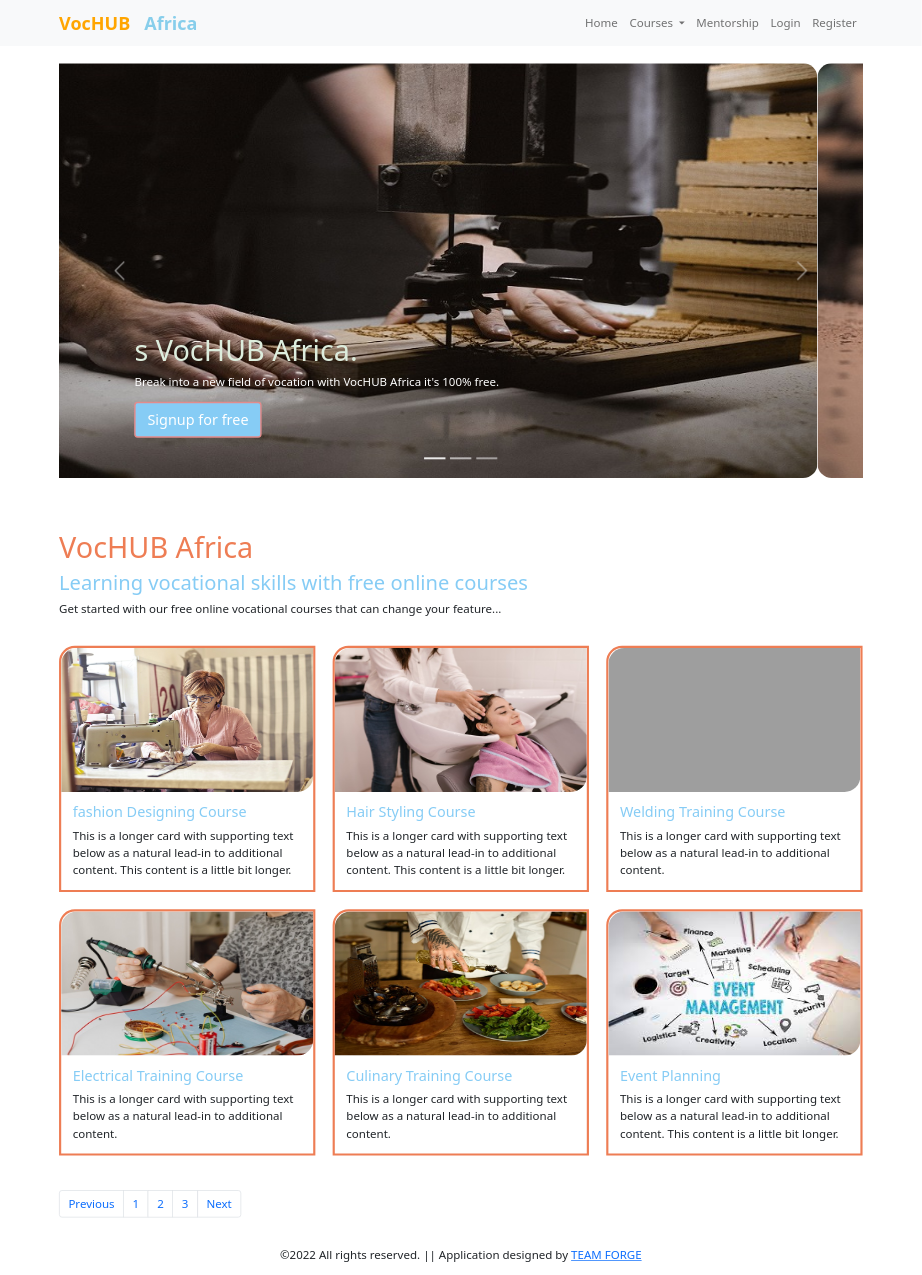
Repository: EKem01/VocHUB-Africa-Project
Page: / (app in client/)
These files come from the project's save history. The page is drawn as it stood at one moment and after a run of saves; the edit follows.
The browser window is 1280 px wide. The pictures show the whole page, at 72% of full size.
Pictures or frames that could not be fetched are drawn as grey boxes. The project was rebuilt for these pictures with package versions that can differ from the ones it lists, and the page was loaded fresh each time. Also part of the build but not shown: client/angular.json, client/src/app/components/login/login.component.ts, client/src/app/components/register/register.component.ts, client/src/app/components/courses/fashion-designing/fashion-designing.component.ts, client/src/app/components/courses/hair-styling/hair-styling.component.ts, client/src/app/components/dashboard/dashboard.component.ts, client/src/app/components/logout/logout.component.ts, client/src/app/components/mentorship/mentorship.component.ts.

Above is the page before, as saved 2022-06-13 23:37:26.

After the next 4 saves:
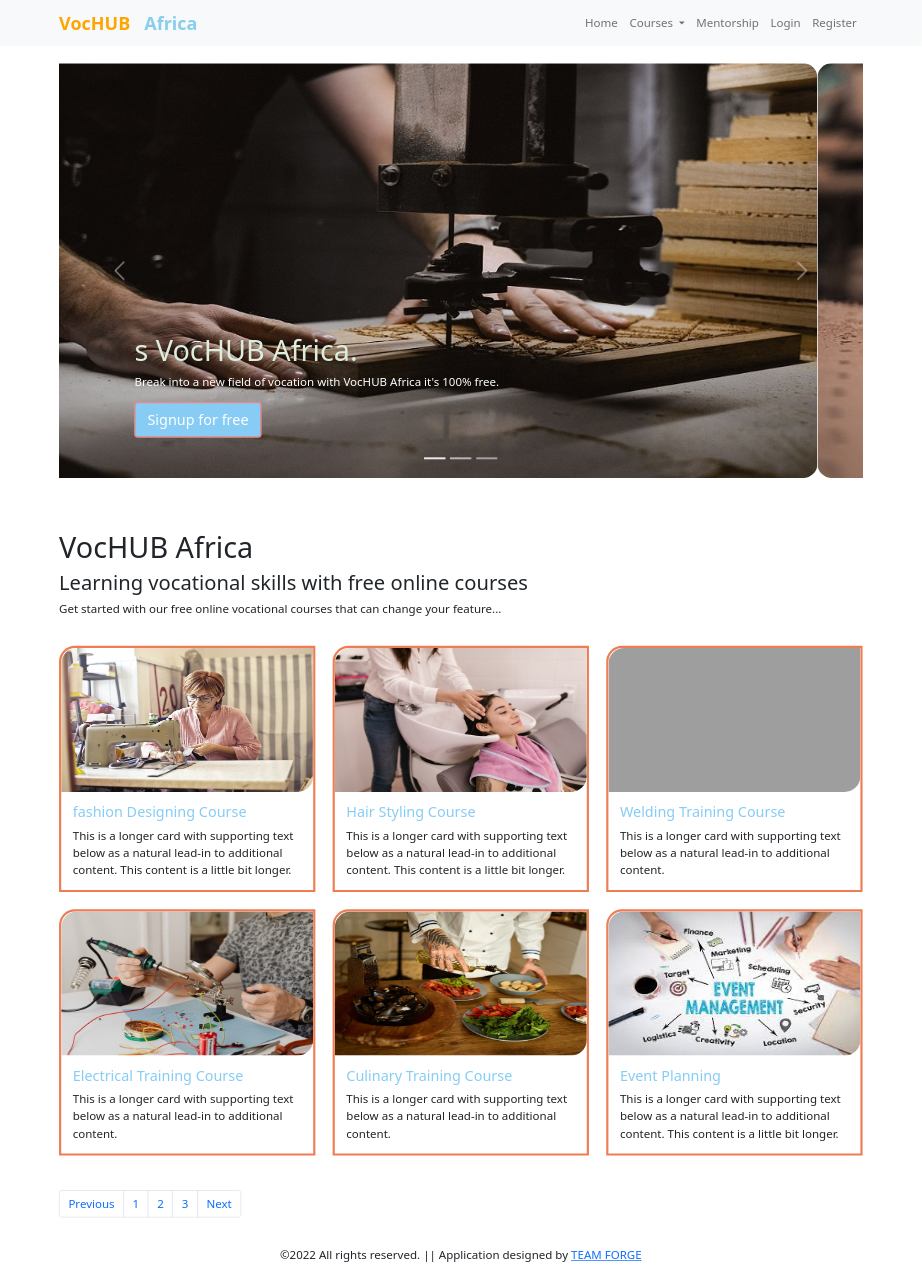
The 4 saves are shown as one change because they came seconds apart.
The last was saved 15 s later.
--- a/client/src/app/components/home/home.component.css
+++ b/client/src/app/components/home/home.component.css
@@ -16,9 +16,7 @@ img{
     background-color: rgb(134, 204, 245);
     border: 2px solid rgb(226, 140, 140);
 }
-.courses h1{
-    color: rgb(238, 125, 84);
-}
+p
 .courses h3{
     color:  rgb(134, 204, 245);
 }
